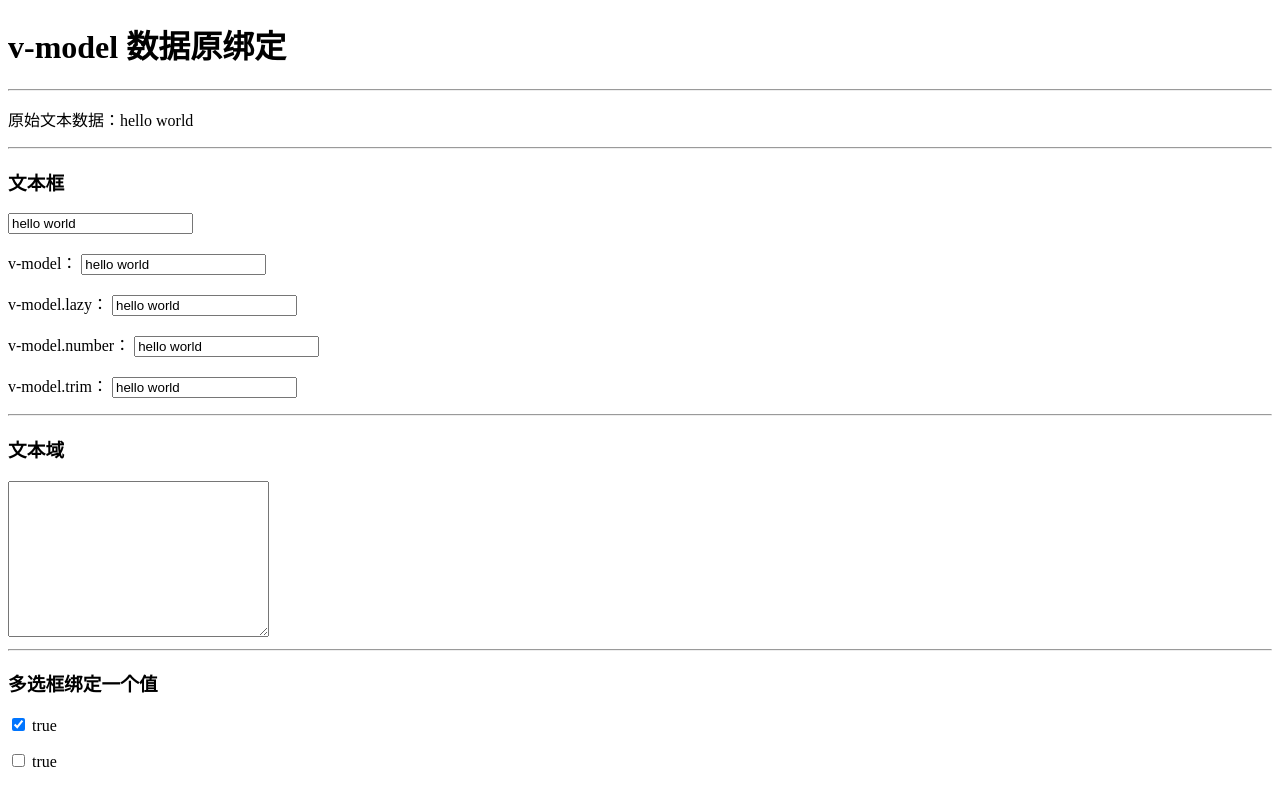
Repository: 13982720426/vue2.0-LearningNotes
Page: example/v-model.html
An editor plug-in stored every save of this project. The page is shown before and after the next save, followed by the edit.
The browser window is 1280 px wide. The pictures show the whole page.

Above is the page before, as saved 2021-06-17 21:14:48.

After the next save:
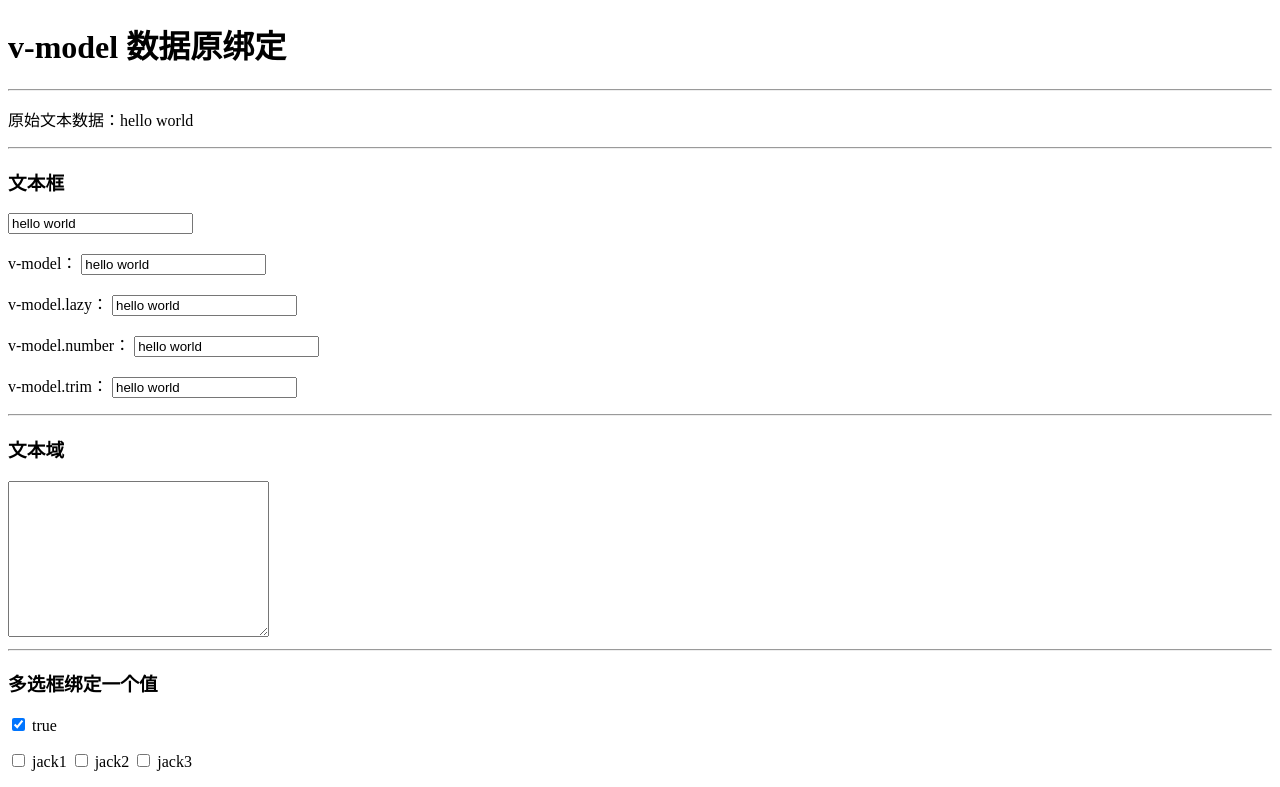
Saved 68 s later.
--- a/example/v-model.html
+++ b/example/v-model.html
@@ -40,8 +40,12 @@
         <label for="isTrue">{{isTrue}}</label>
       </p>
       <p>
-        <input type="checkbox" id="jack" v-model="web_names" />
-        <label for="isTrue">{{isTrue}}</label>
+        <input type="checkbox" id="jack1" v-model="web_names" />
+        <label for="isTrue">jack1</label>
+        <input type="checkbox" id="jack2" v-model="web_names" />
+        <label for="isTrue">jack2</label>
+        <input type="checkbox" id="jack3" v-model="web_names" />
+        <label for="isTrue">jack3</label>
       </p>
     </div>
 
